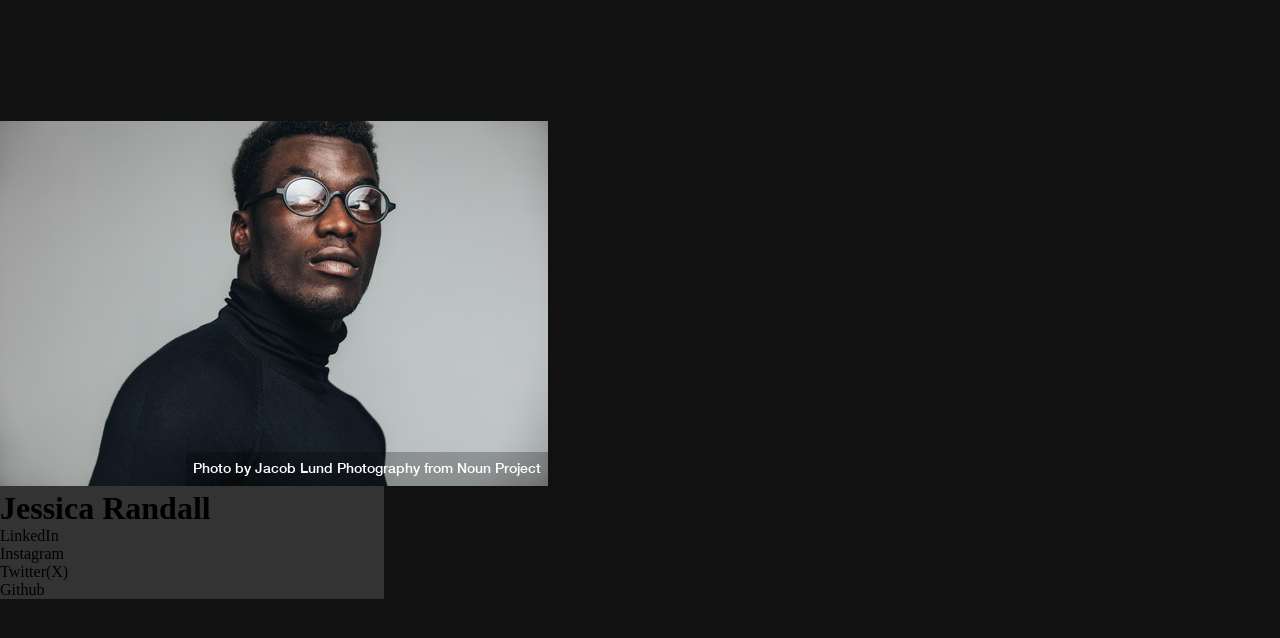
Repository: russel-success/Xcode-TASK-1
Page: index.html
These files come from the project's save history. The page is drawn as it stood at one moment and after the next save; the edit follows.
The browser window is 1280 px wide. The pictures show the whole page.

Above is the page before, as saved 2024-04-29 00:55:34.

After the next save:
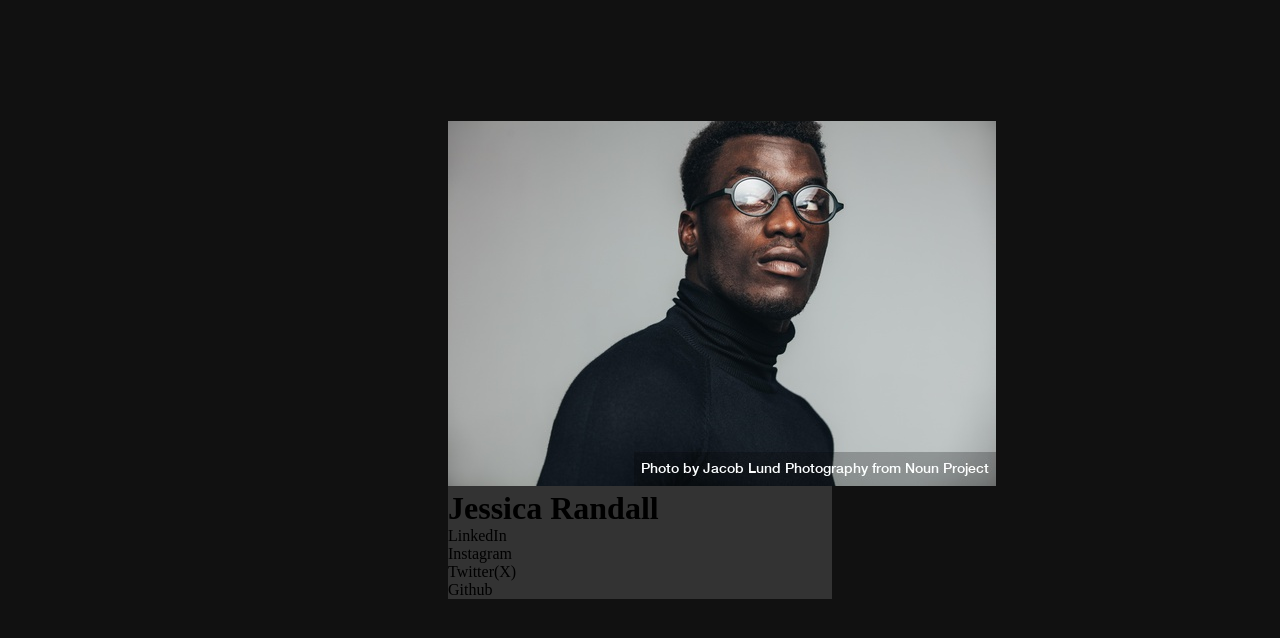
Saved 5 s later.
--- a/styles/styles.css
+++ b/styles/styles.css
@@ -8,7 +8,7 @@
     background-color:#111;
     display:flex;
     align-items:center;
-    justu
+    justify-content: center;
 }
 .profile-container{
     background-color:#333;
